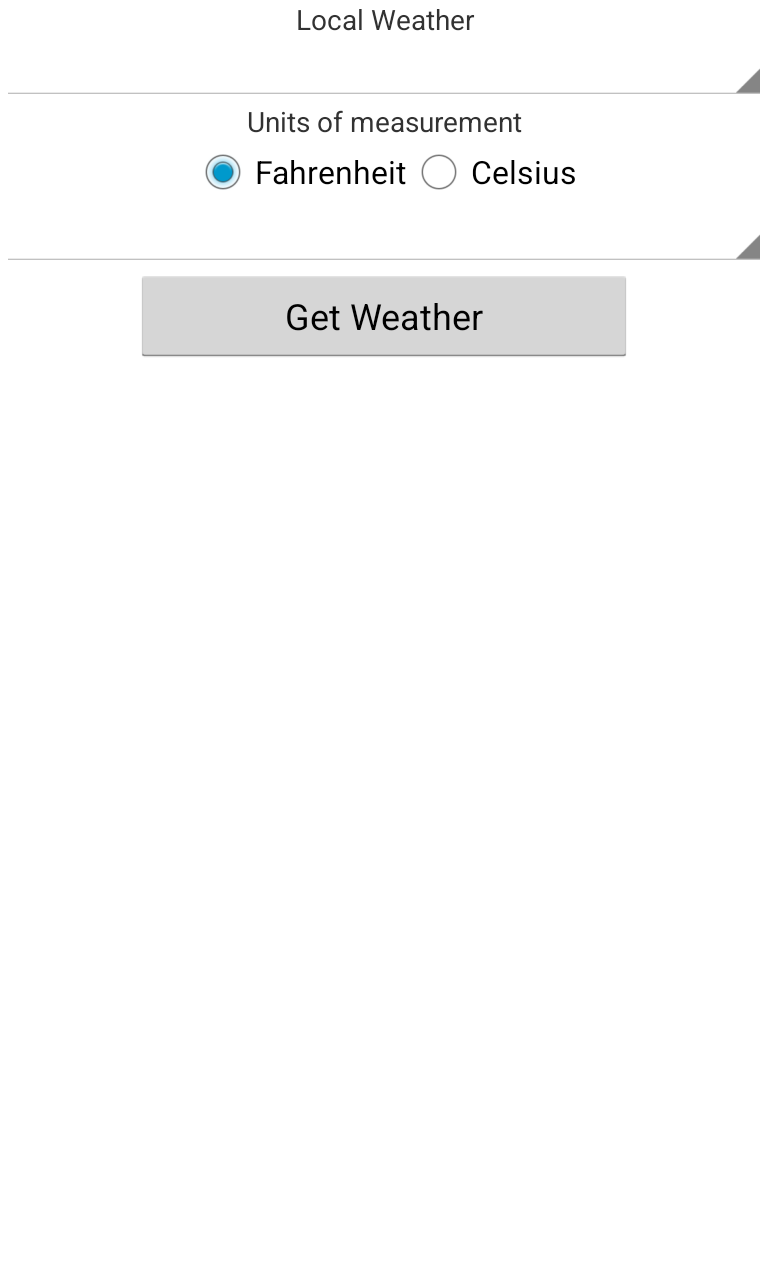
Repository: efreestone/Java1
Layout: Java1Project4/res/layout/activity_main.xml
The author's editor kept a copy of each file at every save. The layout is drawn from the files as they stood at one save, then again after the next save.
It is drawn on a 768 x 1280 px phone screen (xhdpi) without system bars, with theme AppTheme; the app's code is not run.

Above is the layout before, as saved 2014-03-25 21:59:39.

### Java1Project4/res/layout/activity_main.xml
<?xml version="1.0" encoding="utf-8"?>
<LinearLayout xmlns:android="http://schemas.android.com/apk/res/android"
    android:layout_width="match_parent"
    android:layout_height="match_parent"
    android:orientation="vertical" >

    <!-- Top Linear Layout with controls -->
    <!-- <LinearLayout
        android:layout_width="match_parent"
        android:layout_height="wrap_content"
        android:orientation="horizontal"> -->

        <!-- Title -->
        <TextView
            android:id="@+id/titleView"
            android:layout_width="match_parent"
            android:layout_height="wrap_content"
            android:gravity="center"
            android:text="@string/titleString"/>

        <!-- City Spinner -->
        <Spinner
            android:id="@+id/citySpinner"
            android:layout_width="match_parent"
            android:layout_height="wrap_content"/>

        <!-- Measurement Title -->
        <TextView
            android:id="@+id/measureTitleView"
            android:layout_width="match_parent"
            android:layout_height="wrap_content"
            android:gravity="center"
            android:text="@string/measureTitleString"/>

        <!-- Measurement Radio Buttons -->
        <RadioGroup
            android:id="@+id/tempUnitRadioGroup"
            android:layout_width="wrap_content"
            android:layout_height="wrap_content"
            android:layout_gravity="center"
            android:orientation="horizontal" >

            <RadioButton
                android:id="@+id/fahrenheitRadio"
                android:layout_width="match_parent"
                android:layout_height="wrap_content"
                android:text="@string/fahrenheitString"
                android:checked="true"/>

            <RadioButton
                android:id="@+id/celsiusRadio"
                android:layout_width="match_parent"
                android:layout_height="wrap_content"
                android:text="@string/celsiusString"/>
        </RadioGroup>

        <!-- Current Spinner -->
        <Spinner
            android:id="@+id/currentSpinner"
            android:layout_width="match_parent"
            android:layout_height="wrap_content"/>

        <!-- Get Weather Button -->
        <Button
            android:id="@+id/weatherButton"
            android:layout_width="wrap_content"
            android:layout_height="wrap_content"
            android:layout_gravity="center"
            android:width="250dp"
            android:text="@string/weatherButtonString"/>

    <!-- </LinearLayout> -->

</LinearLayout>

### Java1Project4/res/values/strings.xml
<?xml version="1.0" encoding="utf-8"?>
<resources>

    <string name="app_name">Java1Project4</string>
    <string name="action_settings">Settings</string>
    <string name="hello_world">Hello world!</string>

    <!-- Title and button strings -->
    <string name="titleString">Local Weather</string>
    <string name="measureTitleString">Units of measurement</string>
    <string name="weatherButtonString">Get Weather</string>
    <string name="displayTempString">Please select a city and measurement unit</string>

    <!-- Connection Alert strings -->
    <string name="noConnectionTitle">Connection Error</string>
    <string name="noConnectionAlert">This application requires internet access. Please check your network connection and try again.</string>

    <!-- Main URL strings -->
    <string name="mainURLString">http://api.wunderground.com/api/8204b5c9bf753afb/</string>
    <string name="conditionsURLString">conditions/q/</string>
    <string name="forecastURLString">forecast/q/</string>
    <!-- City URL strings -->
    <string name="lovelandString">CO/Loveland.json</string>
    <string name="losAngelesString">CA/Los_Angeles.json</string>
    <string name="newYorkString">NY/New_York.json</string>
    <string name="chicagoString">IL/Chicago.json</string>
    <string name="orlandoString">FL/Orlando.json</string>

    <!-- Radio Button Text -->
    <string name="fahrenheitString">Fahrenheit</string>
    <string name="celsiusString">Celsius</string>

    <!-- Cities array for first spinner -->
    <string-array name="cities_array">
        <item >Loveland</item>
        <item >Los Angeles</item>
        <item >New York</item>
        <item >Chicago</item>
        <item >Orlando</item>
    </string-array>

    <!-- Array for second spinner -->
    <string-array name="current_forecast">
        <item >Current Weather</item>
        <item >3-day Forecast</item>
    </string-array>

</resources>

Loaded but not shown: Java1Project4/res/values/styles.xml (common file); Java1Project4/res/values-v11/styles.xml (common file); Java1Project4/res/values-v14/styles.xml (common file)

After the next save:
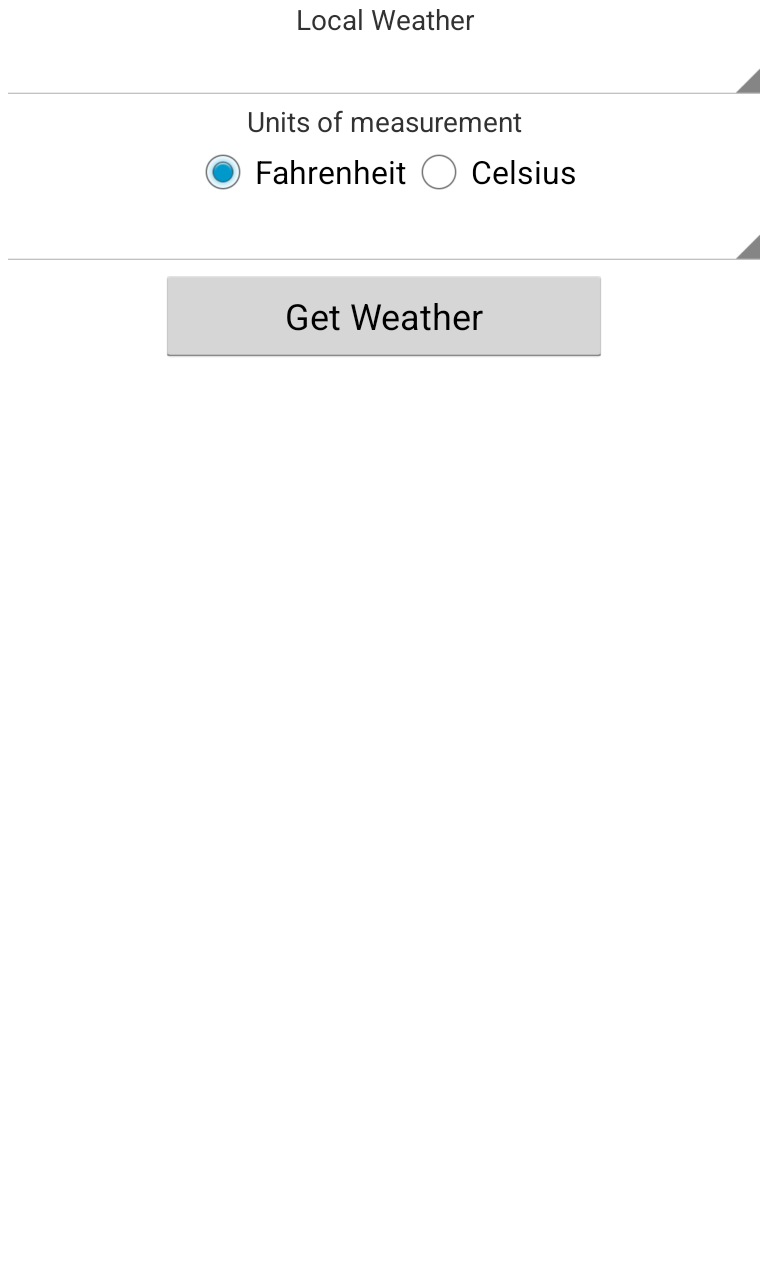
Saved 28 s later.
--- a/Java1Project4/res/layout/activity_main.xml
+++ b/Java1Project4/res/layout/activity_main.xml
@@ -66,7 +66,7 @@
             android:layout_width="wrap_content"
             android:layout_height="wrap_content"
             android:layout_gravity="center"
-            android:width="250dp"
+            android:width="225dp"
             android:text="@string/weatherButtonString"/>
 
     <!-- </LinearLayout> -->
